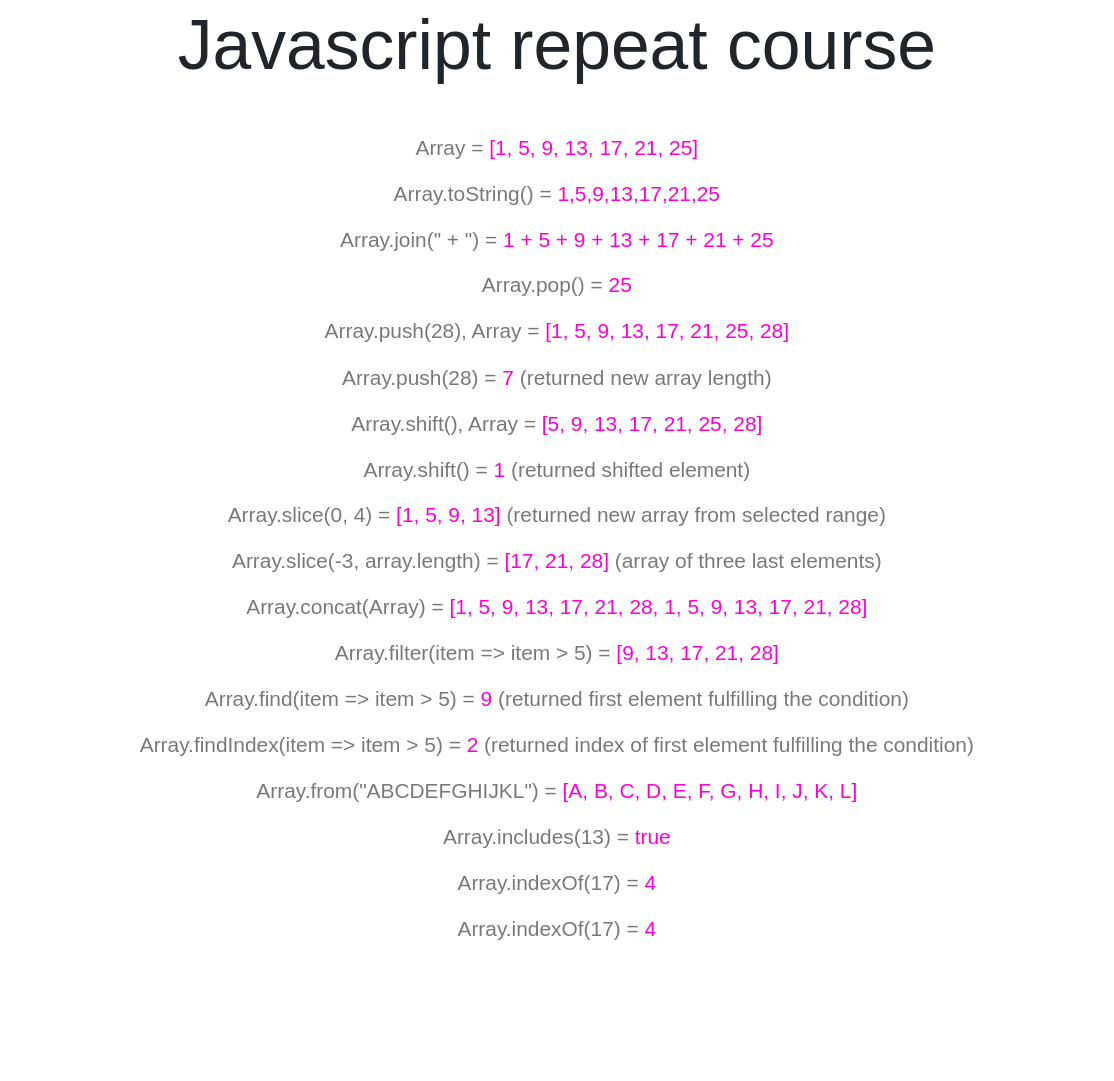
Repository: michalgornicki/javascript
Page: /
An editor plug-in stored every save of this project. The page is shown before and after the next save, followed by the edit.
The browser window is 1280 px wide. The pictures show the whole page, at 87% of full size.
The project was rebuilt for these pictures with package versions that can differ from the ones it lists, and the page was loaded fresh each time. Also part of the build but not shown: src/index.css.

Above is the page before, as saved 2022-01-31 13:21:23.

After the next save:
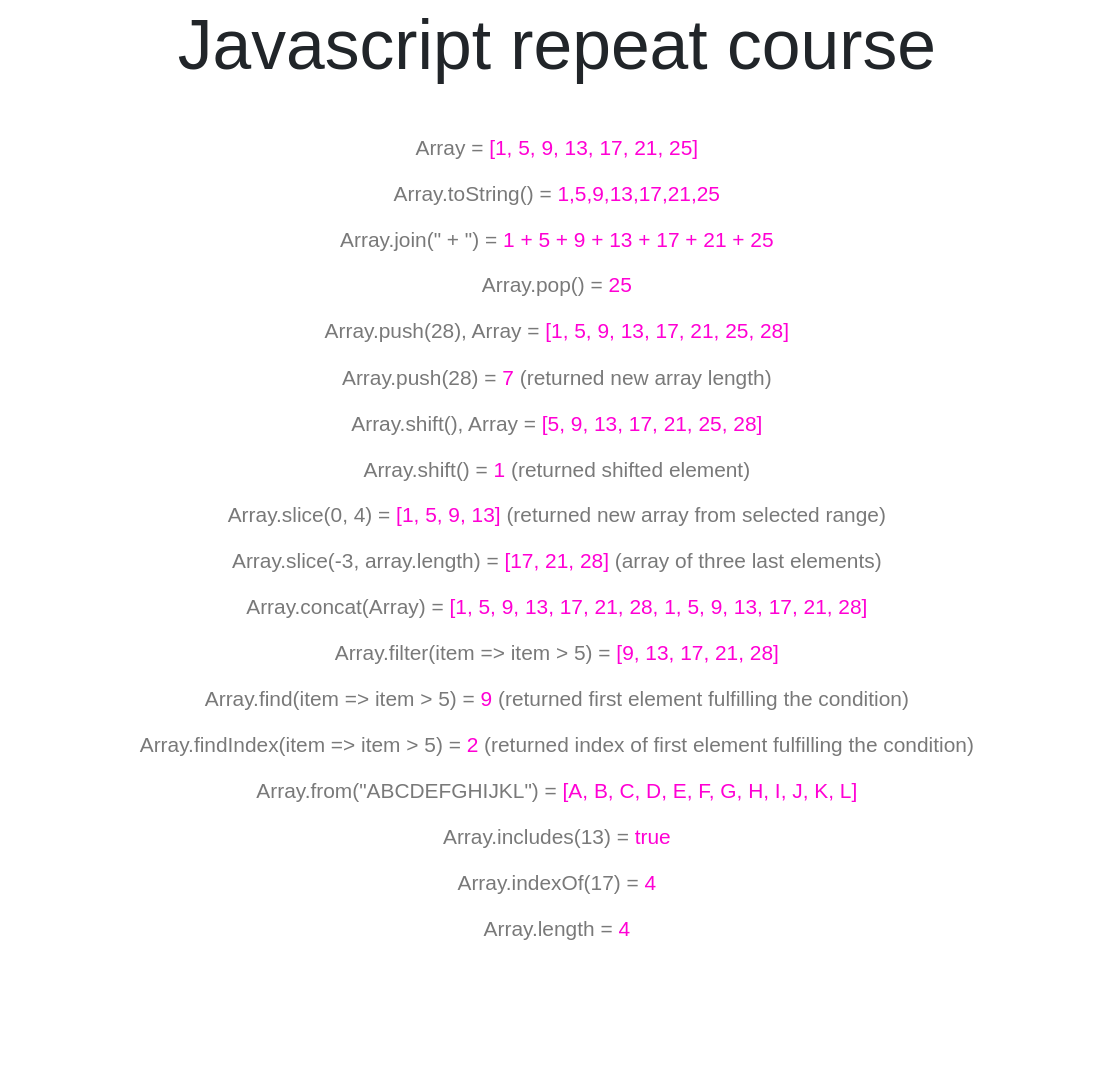
Saved 5 s later.
--- a/src/App.jsx
+++ b/src/App.jsx
@@ -100,7 +100,7 @@ function App() {
       <div className="js-item h4 py-2">
         {" "}
         <span className="">
-         Array.indexOf(17) =
+         Array.length =
         </span>
         <span className="text-pink"> { array.indexOf(17) } </span>
       </div>
